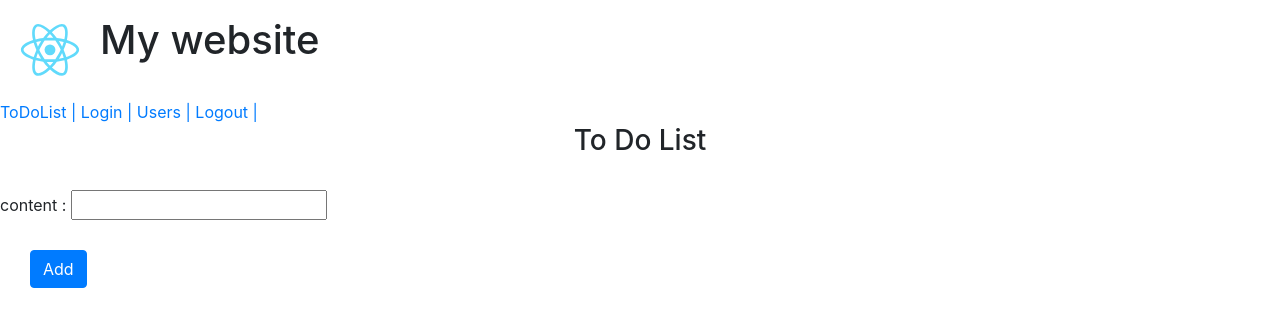
Repository: Marwa-Medhat/ReactJS-Labs
Page: /todolist (app in myapp/)
These files come from the project's save history. The page is drawn as it stood at one moment and after the next save; the edit follows.
The browser window is 1280 px wide. The pictures show the whole page.
The project was rebuilt for these pictures with package versions that can differ from the ones it lists, and the page was loaded fresh each time.

Above is the page before, as saved 2021-04-30 01:41:29.

After the next save:
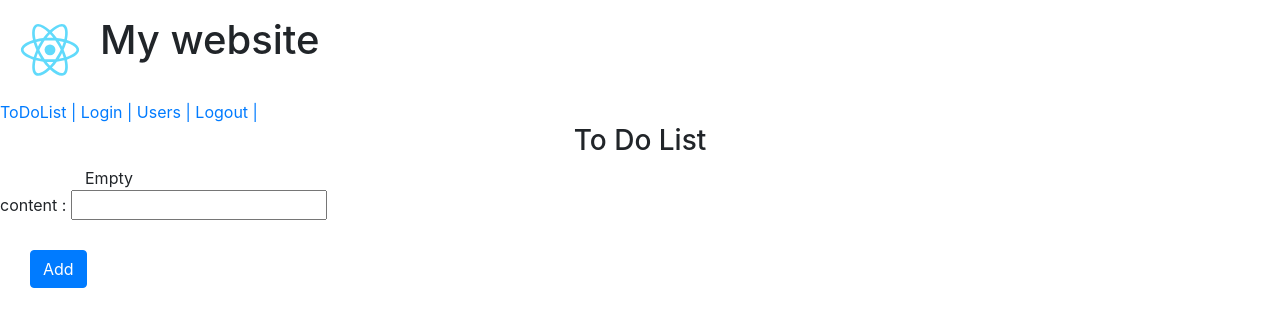
Saved 8 min 42 s later.
--- a/myapp/src/todo.js
+++ b/myapp/src/todo.js
@@ -263,25 +263,17 @@ class DisplayTasks extends React.Component{
         }
 
     render(){
-        let btn_class = this.props.mark ? "blackButton" : "whiteButton";
-    //   console.log(this.props.contents)
-        // <div class="list-group ">
-
-            let list =this.props.contents.map((item,index)=>{
-              return  (<div style={{display: 'inline-block'}}>
-    <div>{index}</div>
-    <div  className={" list-group-item list-group-item-action "+btn_class} style={{display: 'inline-block'}} >
-    <a style={{width:600 ,fontWeight:'bolder',marginRight:50,}}>{item}
-    </a>
-    </div>
-    <button  onClick={()=>{this.props.markContent(index)}} className="btn btn-success " style={{ marginLeft: 400,marginRight: 10 ,paddingRight:10}}><i className="fa fa-check "></i></button>
-    <button onClick={()=>{this.props.deleteContent(index)}}  className="btn btn-danger" ><i className="fa fa-times btn-danger" ></i></button>
-    </div>
-            )})
-        return <div><list/></div>
-    }
-
-}
+        return <div class="list-group " style={{display: 'inline-block'}}>
+            {this.props.contents.length > 0 ?this.props.contents.map((item,index)=>{
+                return <div style={{display: 'inline-block'}}>
+                    <DisplayTask  content={item} key={item.content} mark={this.props.mark} markContent={this.props.markContent} deleteContent={this.props.deleteContent} />
+                    <button  onClick={()=>{this.props.markContent(index)}} className="btn btn-success " style={{ marginLeft: 400,marginRight: 10 ,paddingRight:10}}><i className="fa fa-check "></i></button>
+                   <button onClick={()=>{this.props.deleteContent(index)}}  className="btn btn-danger" ><i className="fa fa-times btn-danger" ></i></button></div>
+            }):"Empty"}
+        </div>
+    }
+}
+
 DisplayTasks.defaultProps={
     contents:[]
 }
